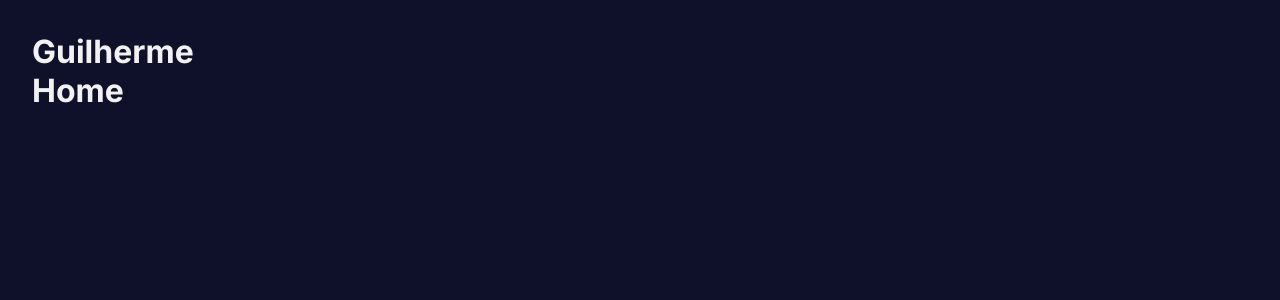
Repository: guilhermecardoso93/github-finder
Page: /
An editor plug-in stored every save of this project. The page is shown before and after the next save, followed by the edit.
The browser window is 1280 px wide. The pictures show the whole page.
The project was rebuilt for these pictures with package versions that can differ from the ones it lists, and the page was loaded fresh each time. Also part of the build but not shown: vite.config.ts.

Above is the page before, as saved 2024-10-23 19:56:52.

### index.html
<!doctype html>
<html lang="en">

<head>
    <meta charset="UTF-8" />
    <link rel="icon" type="image/svg+xml" href="/" />
    <link rel="preconnect" href="https://fonts.googleapis.com">
    <link rel="preconnect" href="https://fonts.gstatic.com" crossorigin>
    <link href="https://fonts.googleapis.com/css2?family=Inter:ital,opsz,wght@0,14..32,100..900;1,14..32,100..900&display=swap" rel="stylesheet">
    <meta name="viewport" content="width=device-width, initial-scale=1.0" />
    <title>GitHub Finder </title>
</head>

<body>
    <div id="root"></div>
    <script type="module" src="/src/main.tsx"></script>
</body>

</html>

### src/main.tsx
import { createBrowserRouter, RouterProvider } from "react-router-dom";
import { StrictMode } from "react";
import { createRoot } from "react-dom/client";
import { App } from "./App.tsx";
import "./index.css";

//Pages
import { Home } from "./routes/Home.tsx";

const router = createBrowserRouter([
  {
    path: "/",
    element: <App />,
    children: [
      {
        path: "/",
        element: <Home />,
      },
    ],
  },
]);

createRoot(document.getElementById("root")!).render(
  <StrictMode>
    <RouterProvider router={router} />
  </StrictMode>
);

### src/App.tsx
import { Outlet } from "react-router-dom";

export const App = () => {
  return (
    <>
      <h1>Guilherme</h1>
      <Outlet />
    </>
  );
};

### src/index.css
* {
  padding: 0;
  margin: 0;
  box-sizing: border-box;
  font-family: "Inter", serif;
  font-optical-sizing: auto;
  color: #f2f2f2;
}

body {
  background-color: #0e1129;
  padding: 2rem;
}

p {
  text-align: center;
}

a {
  text-decoration: none;
}

### src/routes/Home.tsx
export const Home = () => {
  return (
    <>
      <h1>Home</h1>
    </>
  );
};

### src/components/Search/index.tsx
import { BsSearch } from "react-icons/bs";

export const Search = () => {
  return (
    <div>
      <h2>Busque por um usuário:</h2>
      <p>Conheça seus melhores repositórios</p>
      <div>
        <input type="text" placeholder="Digite o nome do usurário" />
        <button>
          <BsSearch />
        </button>
      </div>
    </div>
  );
};

After the next save:
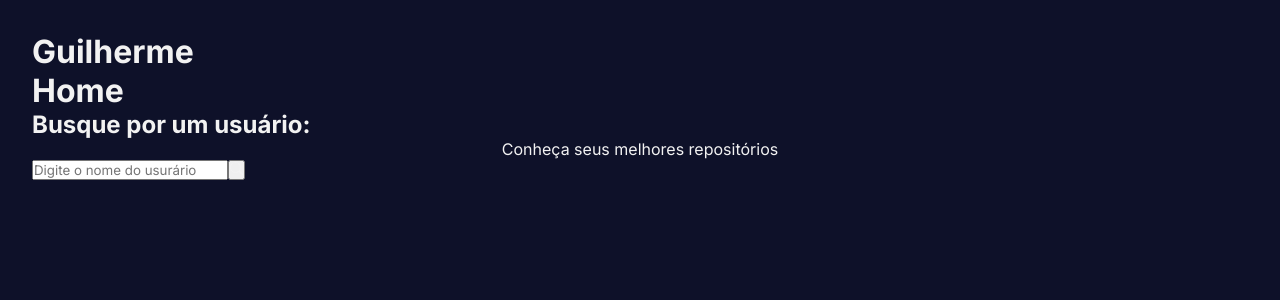
Saved 31 s later.
--- a/src/routes/Home.tsx
+++ b/src/routes/Home.tsx
@@ -1,7 +1,10 @@
+import { Search } from "../components/Search";
+
 export const Home = () => {
   return (
     <>
       <h1>Home</h1>
+      <Search />
     </>
   );
 };
